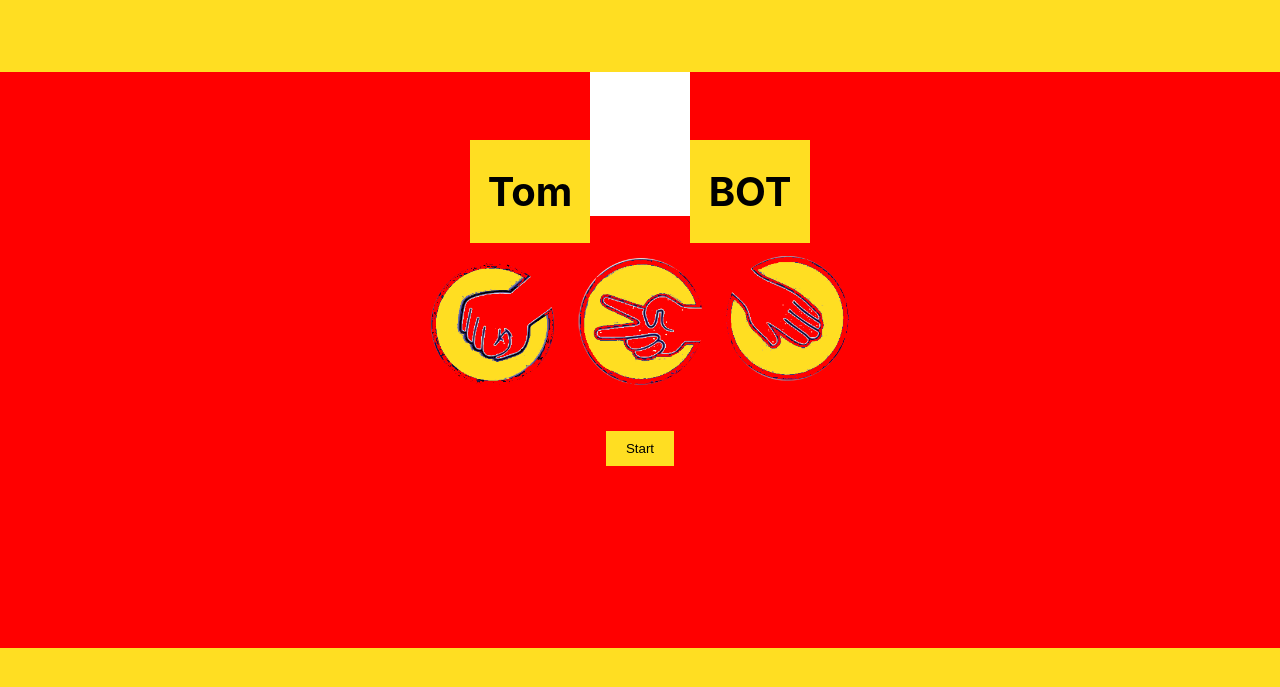
Repository: K009/Rock-Paper-Scissors
Page: /
The author's editor kept a copy of each file at every save. The page is drawn from the files as they stood at one save, then again after the next save.
The browser window is 1280 px wide. The pictures show the whole page.
The project was rebuilt for these pictures with package versions that can differ from the ones it lists, and the page was loaded fresh each time.

Above is the page before, as saved 2020-05-13 11:03:09.

After the next save:
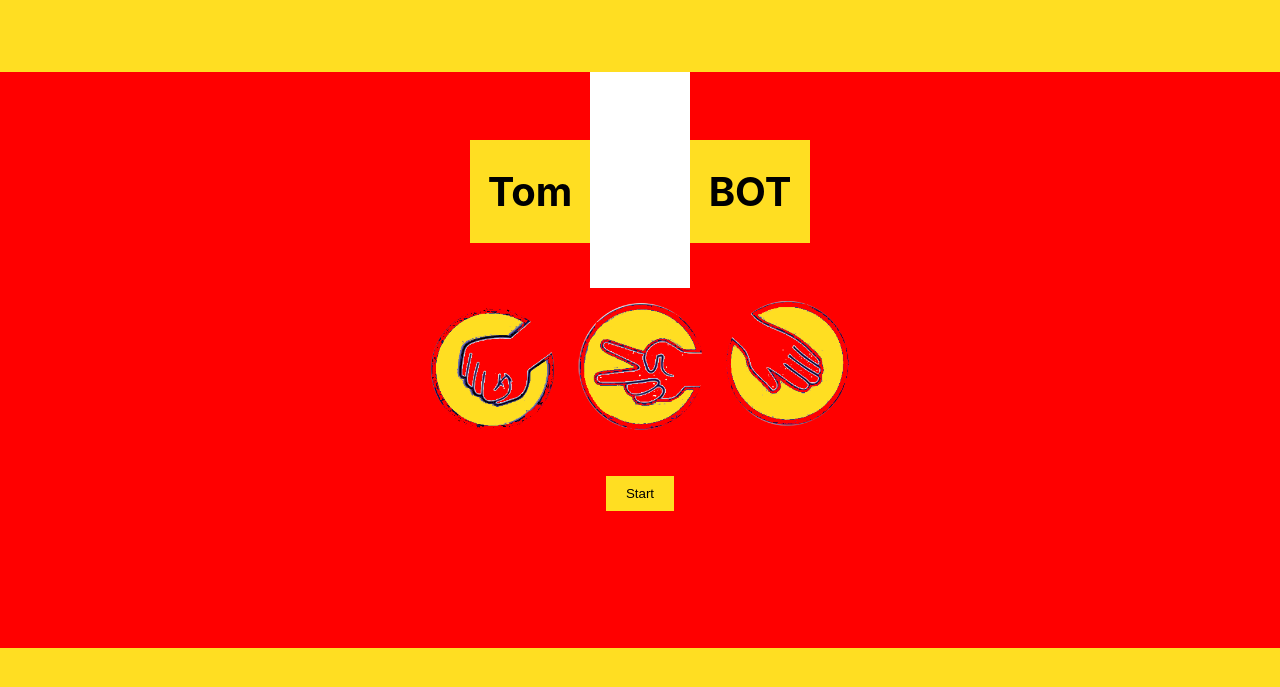
Saved 10 s later.
--- a/src/App.css
+++ b/src/App.css
@@ -20,7 +20,7 @@
 
 .break {
   width: 100px;
-  min-height: 20vh;
+  min-height: 30vh;
   background-color: white;
   text-align: center;
   float: left;

After the save that followed:
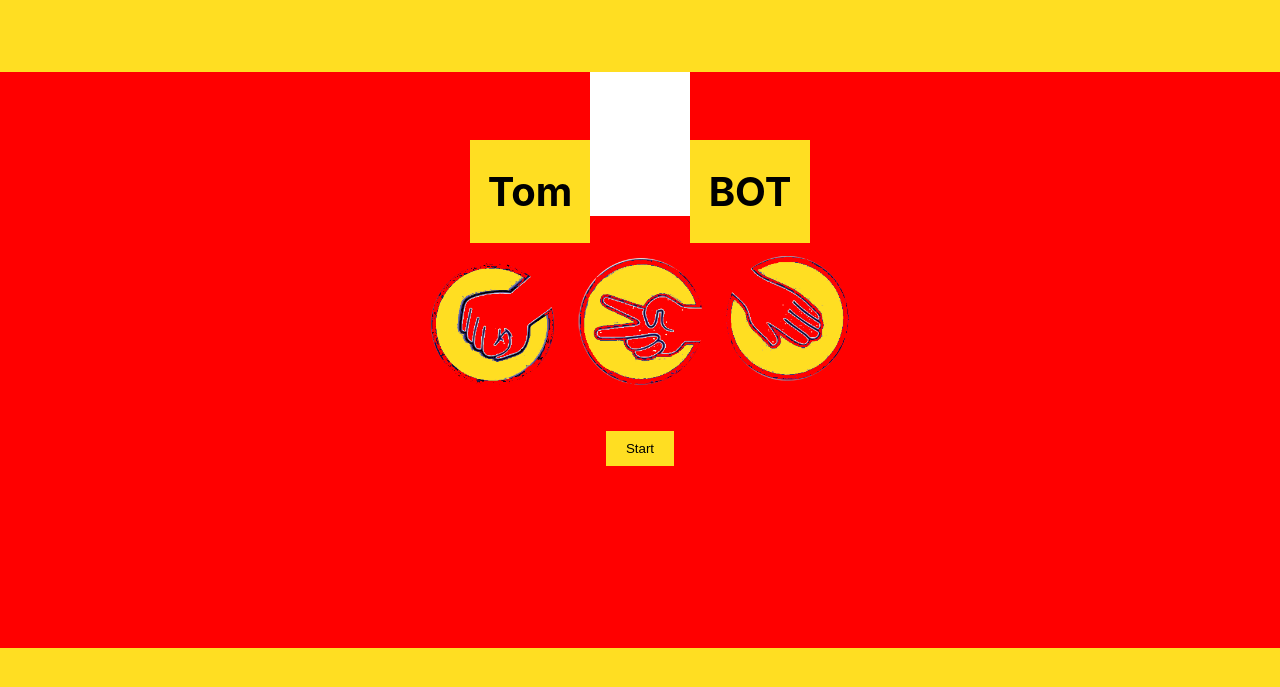
Saved 4 s later.
--- a/src/App.css
+++ b/src/App.css
@@ -20,7 +20,7 @@
 
 .break {
   width: 100px;
-  min-height: 30vh;
+  min-height: 20vh;
   background-color: white;
   text-align: center;
   float: left;
